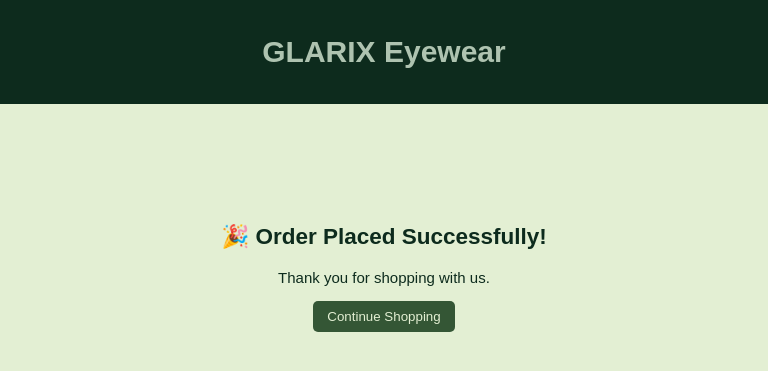
Repository: Tushal27/glarix-eyewear
Page: order.html
An editor plug-in stored every save of this project. The page is shown before and after the next save, followed by the edit.
The browser window is 768 px wide. The pictures show the whole page.

Above is the page before, as saved 2026-02-17 20:55:53.

### order.html
<!DOCTYPE html>
<html lang="en">
<head>
  <meta charset="UTF-8">
  <meta name="viewport" content="width=device-width, initial-scale=1.0">

  <title>Order Placed — GLARIX</title>
  <link rel="stylesheet" href="css/style.css">
</head>

<body>

  <header class="header">
    <a href="index.html"><h1>GLARIX Eyewear</h1></a>
  </header>

  <main class="order-success">
    <h2>🎉 Order Placed Successfully!</h2>
    <p>Thank you for shopping with us.</p>

    <a href="index.html">
      <button>Continue Shopping</button>
    </a>
  </main>

</body>
</html>

### css/style.css
body {
  font-family: Arial, sans-serif;
  margin: 0;
  background: #E3EFD3;
  color: #0D2B1D;
}

.header {
  display: flex;
  justify-content: space-between;
  align-items: center;
  background: #0D2B1D;
  color: #E3EFD3;
  padding: 15px 20px;
}

.header a {
  color: #AEC3B0;
  text-decoration: none;
  margin: 0 10px;
}

.header a:hover {
  color: white;
}

.cart {
  font-weight: bold;
}

.home {
  text-align: center;
  padding: 80px 20px;
}

.shop-btn {
  padding: 12px 26px;
  font-size: 16px;
  background: #345635;
  color: #E3EFD3;
  border: none;
  border-radius: 6px;
  cursor: pointer;
}

.shop-btn:hover {
  background: #6B8F71;
}

.Hero-name{
    text-shadow: 2px 2px 4px rgba(0,0,0,0.3);
    font-size: 48px;
    color: #345635;
    margin-bottom: 20px;
    text-align: center;
}
.product-grid {
  display: grid;
  grid-template-columns: repeat(4, 1fr);
  gap: 25px;
  padding: 30px;
}


.product-card {
  background: #AEC3B0;
  border-radius: 10px;
  padding: 15px;
  text-align: center;
  cursor: pointer;
  transition: transform 0.2s ease, box-shadow 0.2s ease;
}

.product-card:hover {
  transform: translateY(-5px);
  box-shadow: 0 8px 20px rgba(0,0,0,0.15);
}

.product-card img {
  width: 100%;
  height: 180px;
  object-fit: cover;
  border-radius: 8px;
}

.product-card h3 {
  margin: 10px 0 5px;
}

.product-card p {
  margin: 4px 0;
}
.rating {
  color: #DAA520;
  font-size: 18px;
  margin-top: 6px;
}

button {
  background: #345635;
  color: #E3EFD3;
  border: none;
  padding: 8px 14px;
  border-radius: 5px;
  cursor: pointer;
}

button:hover {
  background: #6B8F71;
}
.controls {
  display: flex;
  gap: 20px;
  padding: 20px;
}

.controls {
  display: flex;
  gap: 16px;
  padding: 20px;
}

.dropdown {
  position: relative;
}

.dropdown-selected {
  background: #E3EFD3;
  color: #0D2B1D;
  padding: 12px 18px;
  border-radius: 999px;
  font-weight: 500;
  border: 1px solid #AEC3B0;
  cursor: pointer;
  display: flex;
  align-items: center;
  justify-content: space-between;
  min-width: 180px;
  transition: all 0.2s ease;
}

.dropdown-selected:hover {
  background: #ffffff;
  border-color: #6B8F71;
  box-shadow: 0 4px 14px rgba(0,0,0,0.08);
}

.dropdown-options {
  position: absolute;
  top: 110%;
  left: 0;
  right: 0;
  background: #ffffff;
  border-radius: 12px;
  border: 1px solid #AEC3B0;
  box-shadow: 0 12px 30px rgba(0,0,0,0.15);
  display: none;
  overflow: hidden;
  z-index: 50;
}

.dropdown-options div {
  padding: 12px 16px;
  color: #0D2B1D;
  transition: background 0.15s ease;
}

.dropdown-options div:hover {
  background: #E3EFD3;
}

.dropdown-options {
  backdrop-filter: blur(8px);
}
.detail-container {
  padding: 60px 80px;
}

.detail-card {
  display: grid;
  grid-template-columns: 420px 1fr;
  gap: 60px;

  background: #ffffff;
  border-radius: 18px;
  padding: 40px;

  box-shadow: 0 20px 60px rgba(0,0,0,0.08);
}

.detail-card img {
  width: 100%;
  height: 320px;
  object-fit: contain;
  border-radius: 14px;
  background: #F6F8F5;
  padding: 20px;
}

.detail-info {
  display: flex;
  flex-direction: column;
  gap: 16px;
}

.detail-info h2 {
  font-size: 32px;
  margin: 0;
  color: #0D2B1D;
}



.detail-price {
  font-size: 24px;
  font-weight: 600;
  color: #345635;
}



.detail-rating {
  font-size: 18px;
  color: #DAA520;
}



.detail-category {
  font-size: 15px;
  color: #6B8F71;
}



.detail-buttons {
  margin-top: 25px;
  display: flex;
  gap: 16px;
}

.detail-buttons button {
  padding: 14px 28px;
  font-size: 16px;
  border-radius: 10px;
  border: none;
  cursor: pointer;
  transition: all 0.2s ease;
}



.detail-buttons button:first-child {
  background: #345635;
  color: #E3EFD3;
}

.detail-buttons button:first-child:hover {
  background: #0D2B1D;
}



.detail-buttons button:last-child {
  background: transparent;
  border: 2px solid #345635;
  color: #345635;
}

.detail-buttons button:last-child:hover {
  background: #345635;
  color: #E3EFD3;
}
.related-section {
  margin-top: 60px;
}

.carousel-container {
  overflow-x: auto;
  scroll-behavior: smooth;
  padding-bottom: 10px;
}

.carousel-track {
  display: flex;
  gap: 20px;
}

.carousel-container::-webkit-scrollbar {
  height: 8px;
}

.carousel-container::-webkit-scrollbar-thumb {
  background: #AEC3B0;
  border-radius: 10px;
}

/* Card */

.related-card {
  min-width: 220px;
  background: #ffffff;
  border-radius: 14px;
  padding: 14px;
  text-align: center;
  cursor: pointer;

  box-shadow: 0 8px 24px rgba(0,0,0,0.06);
  transition: transform 0.2s ease, box-shadow 0.2s ease;
}

.related-card:hover {
  transform: translateY(-6px);
  box-shadow: 0 16px 40px rgba(0,0,0,0.12);
}

.related-card img {
  width: 100%;
  height: 140px;
  object-fit: contain;
  margin-bottom: 10px;
}

.related-card h4 {
  margin: 8px 0;
  font-size: 16px;
}

.related-card p {
  margin: 0;
  font-weight: 600;
  color: #345635;
}
.order-success {
  text-align: center;
  padding: 100px 20px;
}
.cart {
  position: relative;
  cursor: pointer;
}
.cart-container {
  padding: 40px;
}

.cart-card {
  display: flex;
  align-items: center;
  gap: 20px;

  background: #ffffff;
  padding: 15px;
  border-radius: 12px;
  margin-bottom: 20px;

  box-shadow: 0 8px 24px rgba(0,0,0,0.06);
}

.cart-card img {
  width: 100px;
  height: 80px;
  object-fit: contain;
}


.cart-icon {
  font-size: 26px;
}

.cart-badge {
  position: absolute;
  top: -6px;
  right: -8px;

  background: #ff3b30;
  color: white;

  font-size: 12px;
  font-weight: bold;

  padding: 3px 7px;
  border-radius: 50%;

  min-width: 18px;
  text-align: center;
}
.buy-btn:disabled {
  background: #ccc;
  cursor: not-allowed;
}
.buy-btn:disabled:hover {
  background: #ccc;
  color: #666;
}
@media (max-width: 768px) {

  body {
    font-size: 15px;
  }

  .header {
    flex-direction: column;
    gap: 10px;
    text-align: center;
  }

  .controls {
    flex-direction: column;
    padding: 10px;
  }

  .product-grid {
    grid-template-columns: repeat(2, 1fr);
    padding: 15px;
    gap: 15px;
  }

  .detail-container {
    padding: 20px;
  }

  .detail-card {
    grid-template-columns: 1fr;
    gap: 25px;
    padding: 20px;
  }

  .detail-card img {
    height: 220px;
  }

  .detail-info h2 {
    font-size: 24px;
  }

  .detail-buttons {
    flex-direction: column;
  }

  .carousel-track {
    gap: 12px;
  }
  @media (max-width: 768px) {

  .detail-card {
    grid-template-columns: 1fr;
    padding: 20px;
  }

  .detail-card img {
    width: 100%;
    height: auto;
    max-height: 240px;
    object-fit: contain;
    padding: 0;
    margin: 0 auto;
    display: block;
  }

}


  .related-card {
    min-width: 160px;
  }

  .cart-container {
    padding: 20px;
  }

  .cart-card {
    flex-direction: column;
    align-items: flex-start;
  }

}
@media (max-width: 480px) {

  .product-grid {
    grid-template-columns: 1fr;
  }

  .header h1 {
    font-size: 18px;
  }

  .cart-icon {
    font-size: 22px;
  }

  .related-card {
    min-width: 140px;
  }

}

After the next save:
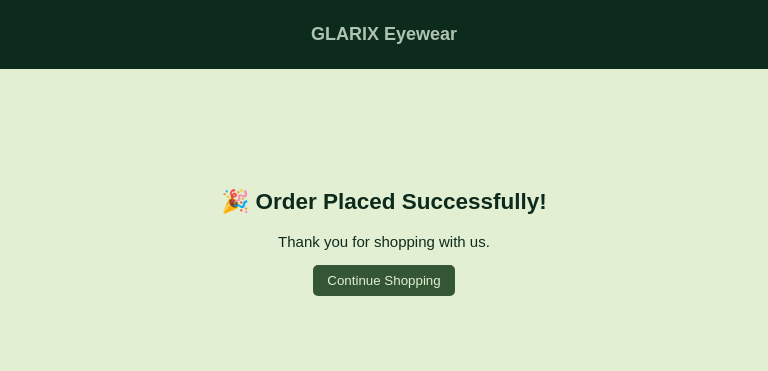
Saved 2 min 15 s later.
--- a/css/style.css
+++ b/css/style.css
@@ -456,6 +456,25 @@
     margin: 0 auto;
     display: block;
   }
+  @media (max-width: 768px) {
+
+  .header {
+    display: flex;
+    justify-content: space-between;
+    align-items: center;
+    padding: 12px 16px;
+  }
+
+  .header h1 {
+    font-size: 18px;
+  }
+
+  .header nav {
+    display: none;
+  }
+
+}
+
 
 }
 
